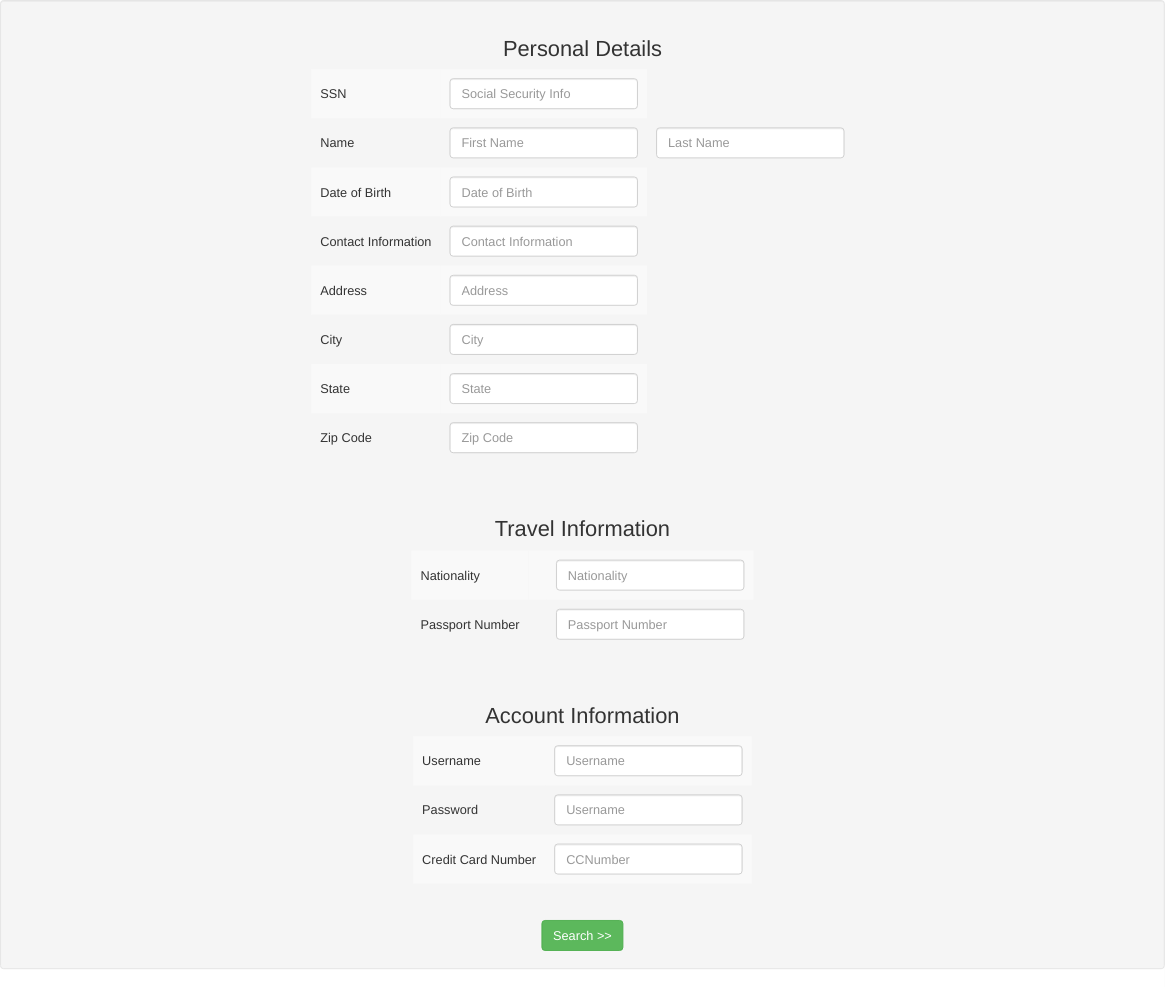
Repository: harshadrane89/CMPE273-WebService-AirlineManagement
Page: http://localhost/AirlineManagementSystemClient/TwitterGUI/SearchCustomer.jsp
These files come from the project's save history. The page is drawn as it stood at one moment and after the next save; the edit follows.
The browser window is 1280 px wide. The pictures show the whole page, at 91% of full size.
The page is served by Tomcat 9. Other server files are loaded and not shown.

Above is the page before, as saved 2013-12-08 09:44:29.

### 273_Project_Tomcat/AirlineManagementSystemClient/WebContent/TwitterGUI/SearchCustomer.jsp
<%@page import="com.airlinemgmt.beans.Traveller"%>
<%@page import="com.airlinemgmt.beans.AirlineEmployee"%>
<%@ page language="java" contentType="text/html; charset=ISO-8859-1"
	pageEncoding="ISO-8859-1"%>
<!DOCTYPE html PUBLIC "-//W3C//DTD HTML 4.01 Transitional//EN" "http://www.w3.org/TR/html4/loose.dtd">
<html>
<head>
<meta http-equiv="Content-Type" content="text/html; charset=ISO-8859-1">
<title></title>
<link href="../css/bootstrap.min.css" rel="stylesheet" media="screen">
</head>
<body>
	<form action="../CustomerListProcessor" method="post" class="well">
		<%
			Traveller traveller = new Traveller();
			if (session.getAttribute("tSearchObj") != null) {
				traveller = (Traveller) session.getAttribute("tSearchObj");
			}
		%>
		<center>
			<h3>Personal Details</h3>

			<table cellpadding="10px" cellspacing="10px" class="table-striped">
				<tr>
					<td>SSN</td>
					<td><input type="text" placeholder="Social Security Info"
						name="ssn"
						value="<%=traveller.getCustId() != null ? traveller.getCustId(): ""%>"
						class="form-control"></td>
				</tr>
				<tr>
					<td>Name</td>
					<td><input type="text" placeholder="First Name" name="fName"
						value="<%=traveller.getfName() != null ? traveller.getfName() : ""%>"
						class="form-control"></td>
					<td><input type="text" placeholder="Last Name" name="lName"
						value="<%=traveller.getlName() != null ? traveller.getlName() : ""%>"
						class="form-control"></td>
				</tr>

				<tr>
					<td>Date of Birth</td>
					<td><input type="text" placeholder="Date of Birth" name="dob"
						value="<%=traveller.getDob() != null ? traveller.getDob() : ""%>"
						class="form-control"></td>
				</tr>
				<tr>
					<td>Contact Information</td>
					<td><input type="text" placeholder="Contact Information"
						name="cInfo"
						value="<%=traveller.getContactNo() != null ? traveller
					.getContactNo() : ""%>"
						class="form-control"></td>
				</tr>
				<tr>
					<td>Address</td>
					<td><input type="text" placeholder="Address" name="address"
						value="<%=traveller.getAddress() != null ? traveller.getAddress()
					: ""%>"
						class="form-control"></td>
				</tr>
				<tr>
					<td>City</td>
					<td><input type="text" placeholder="City" name="city"
						value="<%=traveller.getCity() != null ? traveller.getCity() : ""%>"
						class="form-control"></td>
				</tr>
				<tr>
					<td>State</td>
					<td><input type="text" placeholder="State" name="state"
						value="<%=traveller.getState() != null ? traveller.getState() : ""%>"
						class="form-control"></td>
				</tr>
				<tr>
					<td>Zip Code</td>
					<td><input type="text" placeholder="Zip Code" name="zip"
						value="<%=traveller.getZipCode() != null ? traveller.getZipCode()
					: ""%>"
						class="form-control"></td>
				</tr>
			</table>

		</center>
		<br> <br>

		<center>
			<h3>Travel Information</h3>
			<table cellpadding="10px" cellspacing="10px" class="table-striped">
				<tr>
					<td>Nationality</td>
					<td>
					<td><input type="text" placeholder="Nationality"
						name="uNationality"
						value="<%=traveller.getNationality() != null ? traveller
					.getNationality() : ""%>"
						class="form-control"></td>
				</tr>
				<tr>
					<td>Passport Number</td>
					<td>
					<td><input type="text" placeholder="Passport Number"
						value="<%=traveller.getPassNum() != null ? traveller.getPassNum()
					: ""%>"
						name="uPNumber" class="form-control"></td>
				</tr>

			</table>
		</center>
		<br> <br>

		<center>
			<h3>Account Information</h3>
			<table cellpadding="10px" cellspacing="10px" class="table-striped"
				class="form-control">
				<tr>
					<td>Username</td>
					<td><input type="text" placeholder="Username" name="uName"
						value="<%=traveller.getUserName() != null ? traveller.getUserName()
					: ""%>"
						class="form-control"></td>
				</tr>
				<tr>
					<td>Password</td>
					<td><input type="password" placeholder="Username"
						name="uPasswd"
						value="<%=traveller.getPassword() != null ? traveller.getPassword()
					: ""%>"
						class="form-control"></td>
				</tr>
				<tr>
					<td>Credit Card Number</td>
					<td><input type="password" placeholder="CCNumber"
						name="uCC"
						value="<%=traveller.getCreditCardNum() != null ? traveller.getCreditCardNum()
					: ""%>"
						class="form-control"></td>
				</tr>
			</table>
			<br>
			<br>
			<input type="submit" class="btn btn-success"  value="Search >>">
		</center>

	</form>
</body>

</html>

### 273_Project_Tomcat/AirlineManagementSystemClient/src/com/airlinemgmt/beans/Person.java
package com.airlinemgmt.beans;

import java.io.Serializable;

public class Person implements Serializable{

	/**
	 *
	 */
	private static final long serialVersionUID = 1L;
	private int personId;
	private String fName;
	private String lName;
	private String address;
	private String city;
	private String state;
	private String zipCode;
	private String dob;
	private int isActive;
	private String roleId;
	private String contactNo;
	private String password;
	private String userName;

	public String getPassword() {
		return password;
	}
	public void setPassword(String password) {
		this.password = password;
	}
	public String getUserName() {
		return userName;
	}
	public void setUserName(String username) {
		this.userName = username;
	}
	public String getContactNo() {
		return contactNo;
	}
	public void setContactNo(String contactNo) {
		this.contactNo = contactNo;
	}
	public int getPersonId() {
		return personId;
	}
	public void setPersonId(int personId) {
		this.personId = personId;
	}
	public String getfName() {
		return fName;
	}
	public void setfName(String fName) {
		this.fName = fName;
	}
	public String getlName() {
		return lName;
	}
	public void setlName(String lName) {
		this.lName = lName;
	}
	public String getAddress() {
		return address;
	}
	public void setAddress(String address) {
		this.address = address;
	}
	public String getCity() {
		return city;
	}
	public void setCity(String city) {
		this.city = city;
	}
	public String getState() {
		return state;
	}
	public void setState(String state) {
		this.state = state;
	}
	public String getZipCode() {
		return zipCode;
	}
	public void setZipCode(String zipCode) {
		this.zipCode = zipCode;
	}
	public String getDob() {
		return dob;
	}
	public void setDob(String dob) {
		this.dob = dob;
	}
	public int getIsActive() {
		return isActive;
	}
	public void setIsActive(int isActive) {
		this.isActive = isActive;
	}
	public String getRoleId() {
		return roleId;
	}
	public void setRoleId(String roleId) {
		this.roleId = roleId;
	}


}

### 273_Project_Tomcat/AirlineManagementSystemClient/src/com/airlinemgmt/beans/Traveller.java
package com.airlinemgmt.beans;

import java.io.Serializable;

public class Traveller extends Person implements Serializable{

	/**
	 *
	 */
	private static final long serialVersionUID = 1L;
	private String custId;
	private String passNum;
	private String nationality;
	private String creditCardNum;

	public String getCustId() {
		return custId;
	}
	public void setCustId(String custId) {
		this.custId = custId;
	}
	public String getPassNum() {
		return passNum;
	}
	public void setPassNum(String passNum) {
		this.passNum = passNum;
	}
	public String getNationality() {
		return nationality;
	}
	public void setNationality(String nationality) {
		this.nationality = nationality;
	}
	public String getCreditCardNum() {
		return creditCardNum;
	}
	public void setCreditCardNum(String creditCardNum) {
		this.creditCardNum = creditCardNum;
	}
}

Loaded but not shown: 273_Project_Tomcat/AirlineManagementSystemClient/WebContent/css/bootstrap.min.css (library)

After the next save:
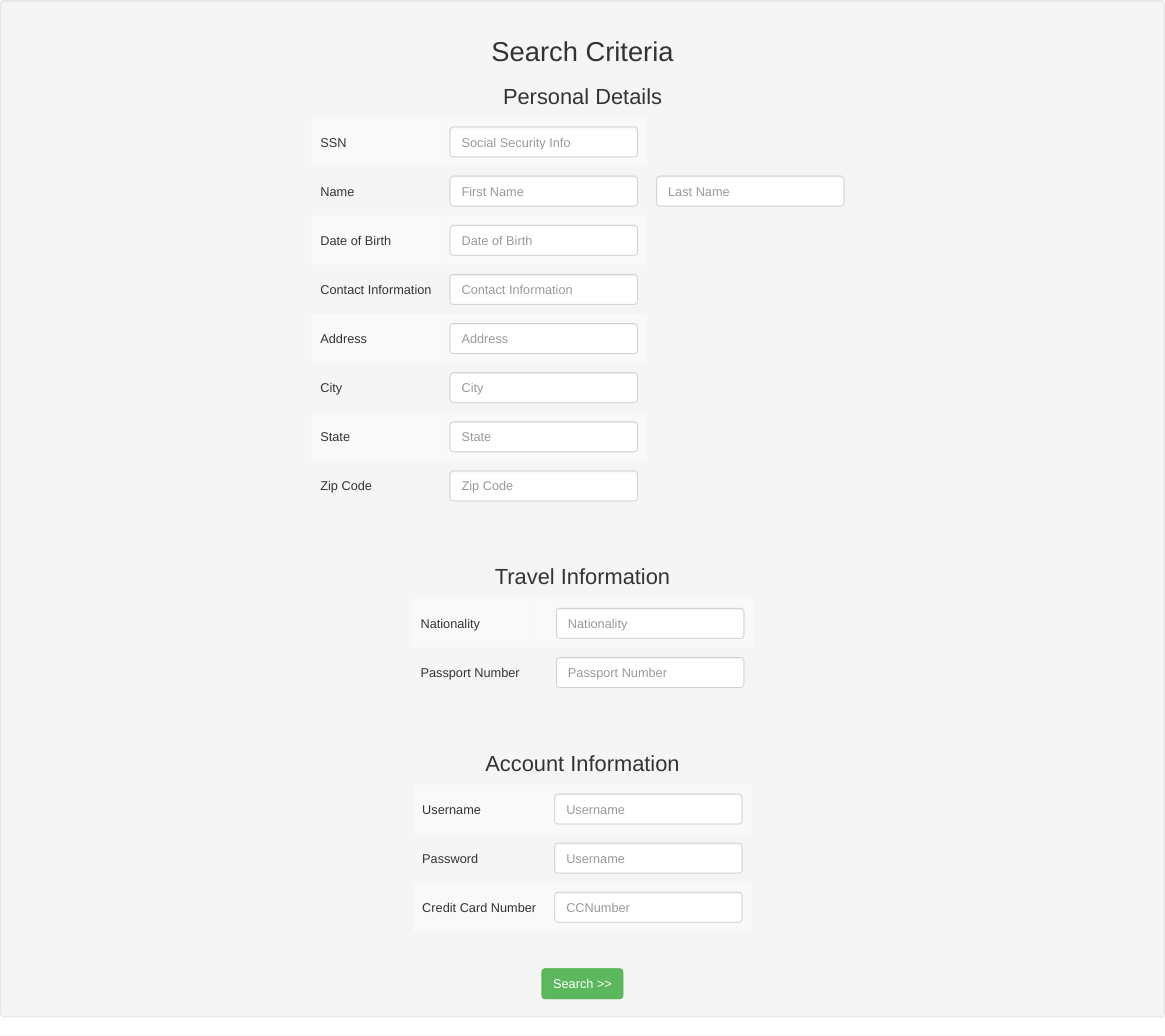
Saved 6 min 22 s later.
--- a/273_Project_Tomcat/AirlineManagementSystemClient/WebContent/TwitterGUI/SearchCustomer.jsp
+++ b/273_Project_Tomcat/AirlineManagementSystemClient/WebContent/TwitterGUI/SearchCustomer.jsp
@@ -18,6 +18,8 @@
 			}
 		%>
 		<center>
+
+			<h2>Search Criteria</h2>
 			<h3>Personal Details</h3>
 
 			<table cellpadding="10px" cellspacing="10px" class="table-striped">
